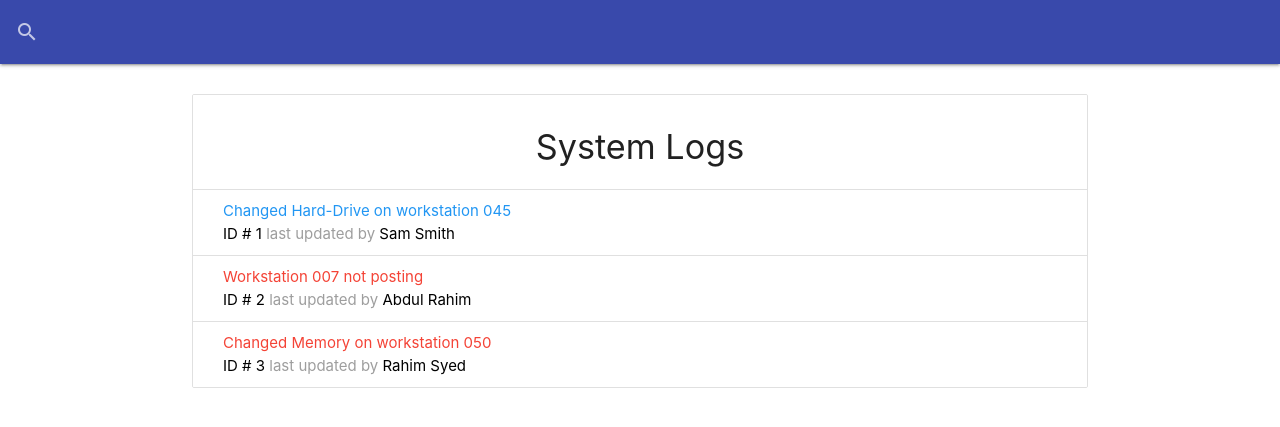
Repository: syedabdulrahim/IT_Logger
Page: /
These files come from the project's save history. The page is drawn as it stood at one moment and after the next save; the edit follows.
The browser window is 1280 px wide. The pictures show the whole page.
The project was rebuilt for these pictures with package versions that can differ from the ones it lists, and the page was loaded fresh each time. Requests to the local data server were answered from the project's data file. Also part of the build but not shown: src/App.css.

Above is the page before, as saved 2020-10-29 15:56:14.

After the next save:
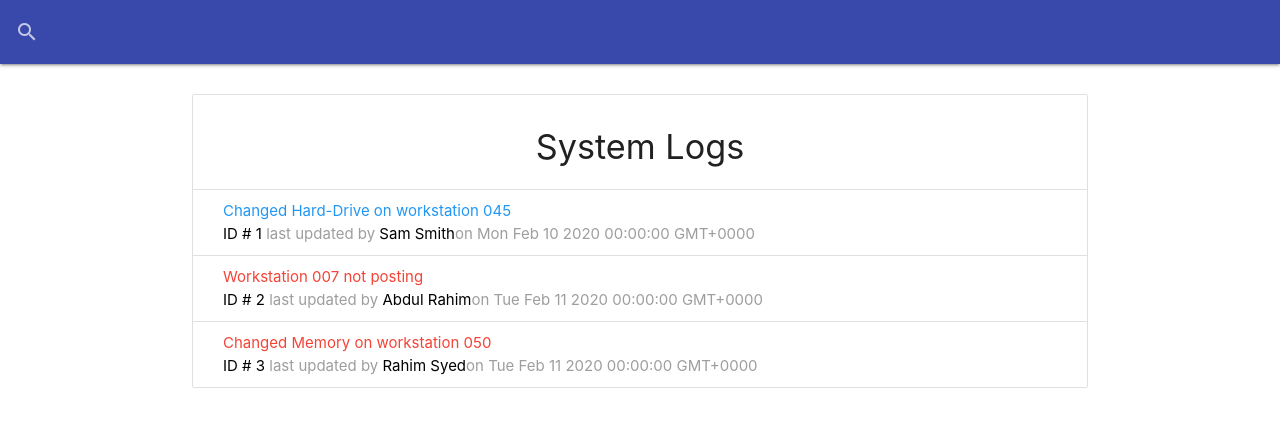
Saved 3 min 39 s later.
--- a/src/components/logs/LogItem.js
+++ b/src/components/logs/LogItem.js
@@ -1,6 +1,7 @@
 import React from 'react'
 import moment from 'react-moment';
 import PropTypes from 'prop-types'
+import Moment from 'react-moment';
 
 const LogItem = ({log}) => {
     return (
@@ -16,6 +17,7 @@ const LogItem = ({log}) => {
                             <span className="black-text">ID # {log.id}</span>
                                {' '} {'last updated by'}
                             <span className="black-text">{' '}{log.tech}</span>
+                            on <Moment>{log.date}</Moment>
                     </span>
                 </div>
             </li>
